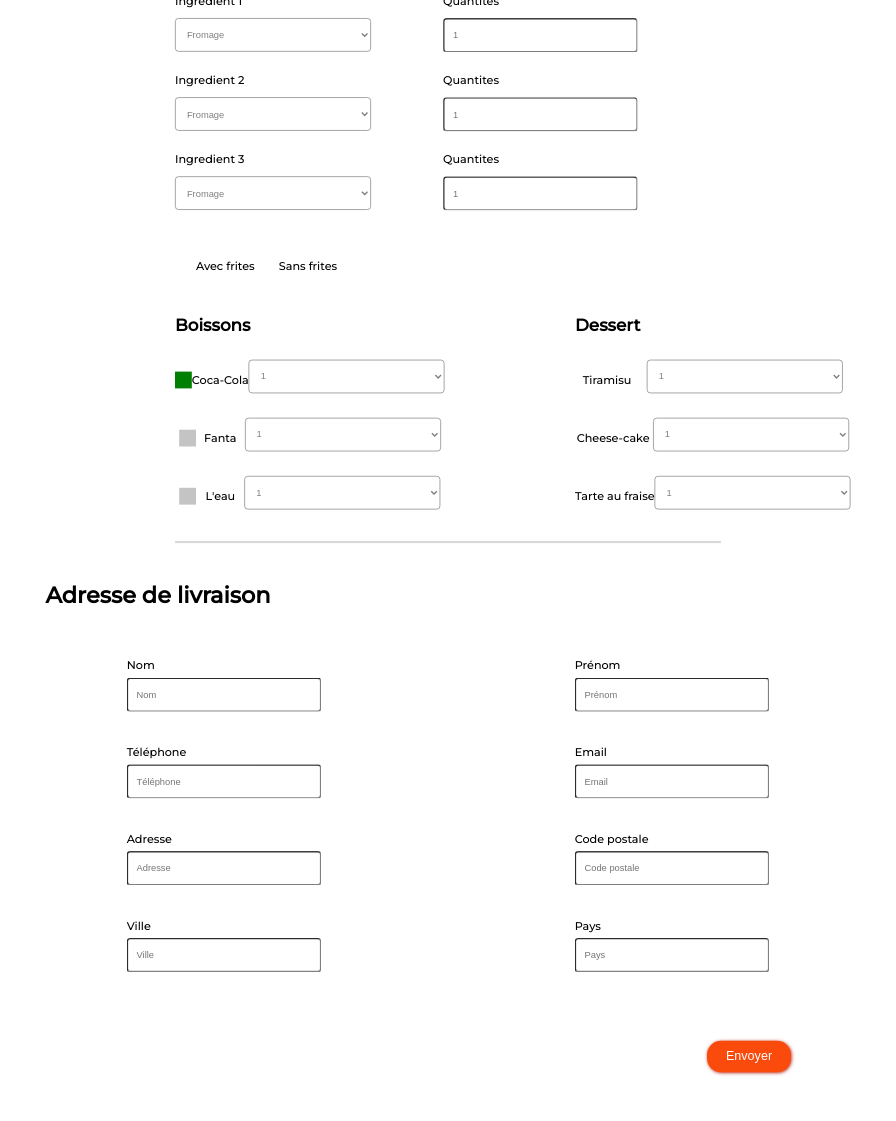
Repository: Ahlam-belhadj/bella-olange
Page: index2.html
These files come from the project's save history. The page is drawn as it stood at one moment and after a run of saves; the edit follows.
The browser window is 1280 px wide. The pictures show the part of the page from y = 1677 to 3597 px (the page is 3279 px tall before and 3597 px after), at 70% of full size.

Above is the page before, as saved 2023-02-15 09:17:51.

After the next 5 saves:
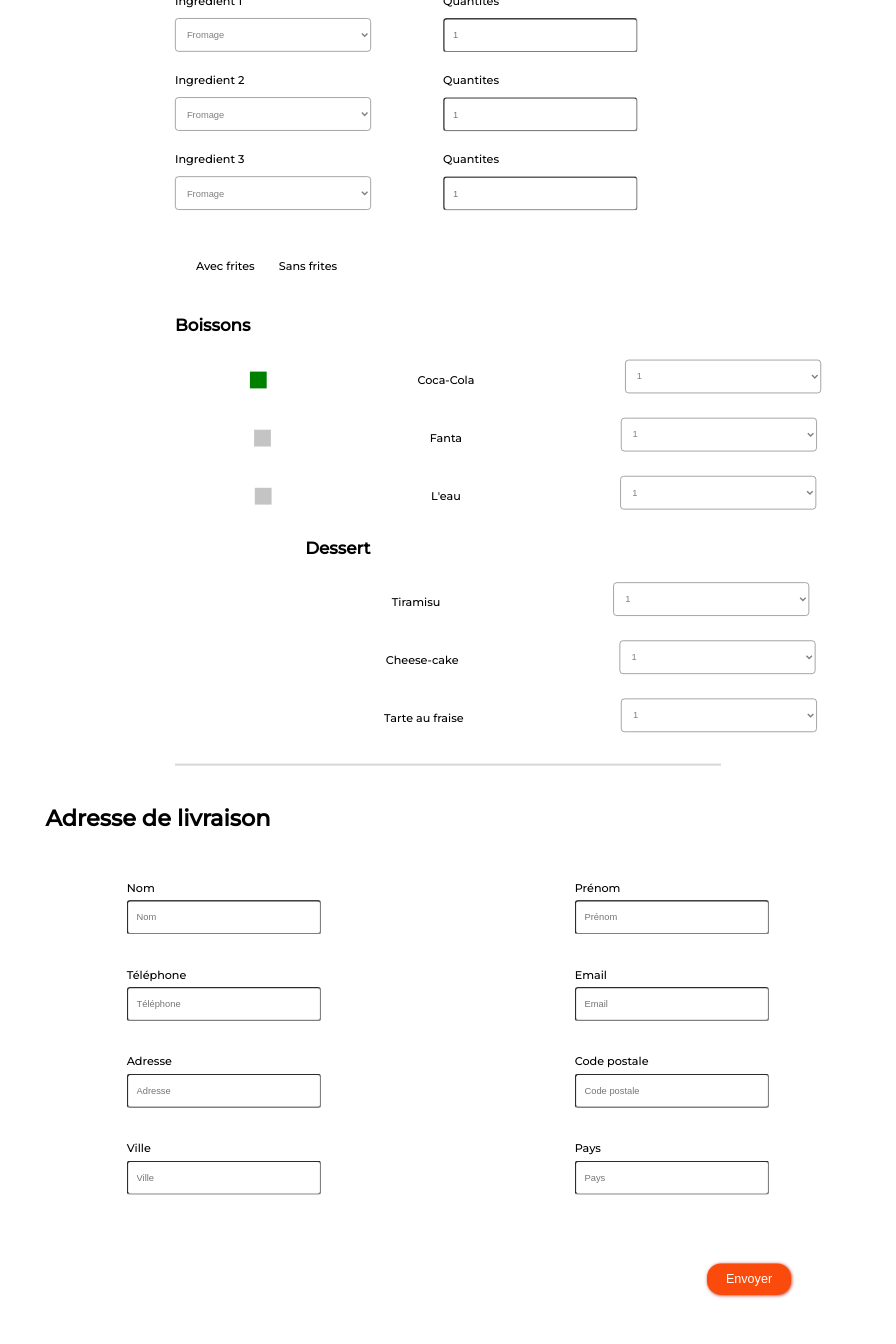
The 5 saves are shown as one change because they came seconds apart.
The last was saved 41 s later.
--- a/style2.css
+++ b/style2.css
@@ -317,6 +317,8 @@ button {
 
 .all {
     display: flex;
+    flex-direction: column;
+    mar
 }
 
 .content_of_dessert {
